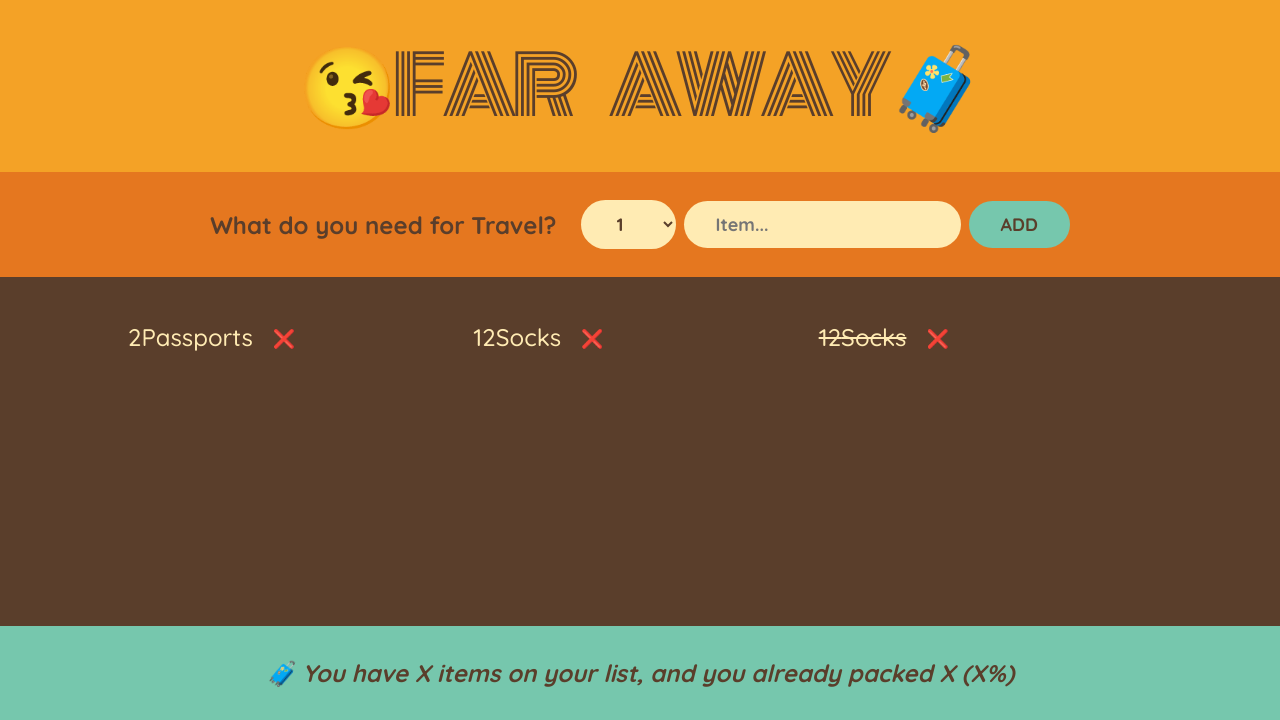
Repository: masamichan/Travel-list
Page: /
The author's editor kept a copy of each file at every save. The page is drawn from the files as they stood at one save, then again after a run of saves.
The browser window is 1280 px wide. The pictures show the whole page.
The project was rebuilt for these pictures with package versions that can differ from the ones it lists, and the page was loaded fresh each time.

Above is the page before, as saved 2024-01-02 08:37:56.

### src/App.js
const initialItems = [
  { id: 1, description: "Passports", quantity: 2, packed: false },
  { id: 2, description: "Socks", quantity: 12, packed: false },
  { id: 2, description: "Socks", quantity: 12, packed: true },
];

export default function App() {
  return (
    <div className="app">
      <Logo />
      <Form />
      <PackingList />
      <Stats />
    </div>
  );
}

function Logo() {
  return <h1>😘Far Away🧳</h1>;
}

function Form() {
  return (
    <form className="add-form">
      <h3>What do you need for Travel?</h3>
      <select>
        <option value={1}>1</option>
        <option value={2}>2</option>
        <option value={3}>3</option>
      </select>
      <input type="text" placeholder="Item..." />
      <button>Add</button>
    </form>
  );
}

function PackingList() {
  return (
    <div className="list">
      <ul>
        {initialItems.map((item) => (
          <Item item={item} />
        ))}
      </ul>
    </div>
  );
}

function Item({ item }) {
  return (
    <li>
      <span style={item.packed ? { textDecoration: "line-through" } : {}}>
        {item.quantity}
        {item.description}
      </span>
      <button>❌</button>
    </li>
  );
}

function Stats() {
  return (
    <footer className="stats">
      <em>🧳 You have X items on your list, and you already packed X (X%)</em>
    </footer>
  );
}

Loaded but not shown: public/index.html (common file); src/index.js (common file); src/index.css (common file)

After the next 2 saves:
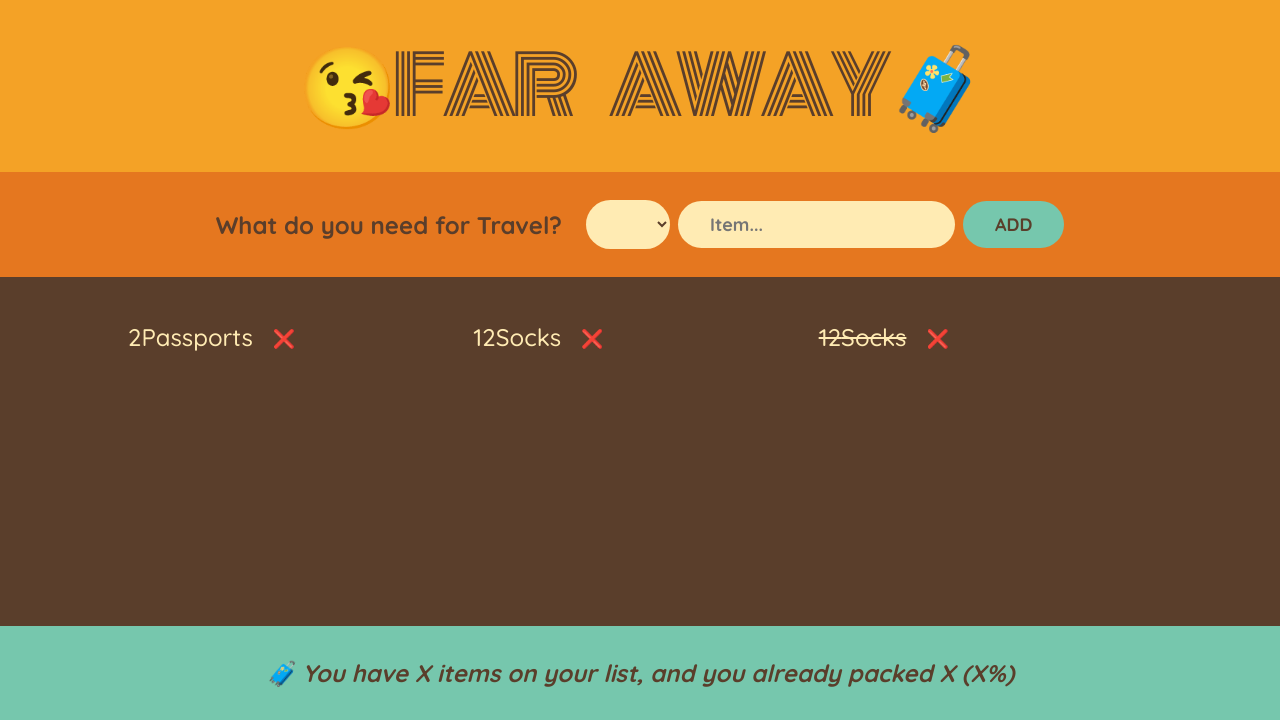
The 2 saves are shown as one change because 1 did not build or start.
The last was saved 4 min 32 s later.
--- a/src/App.js
+++ b/src/App.js
@@ -23,11 +23,7 @@
   return (
     <form className="add-form">
       <h3>What do you need for Travel?</h3>
-      <select>
-        <option value={1}>1</option>
-        <option value={2}>2</option>
-        <option value={3}>3</option>
-      </select>
+      <select>{Array.from({ length: 20 }, (_, i) => i + 1)}</select>
       <input type="text" placeholder="Item..." />
       <button>Add</button>
     </form>
